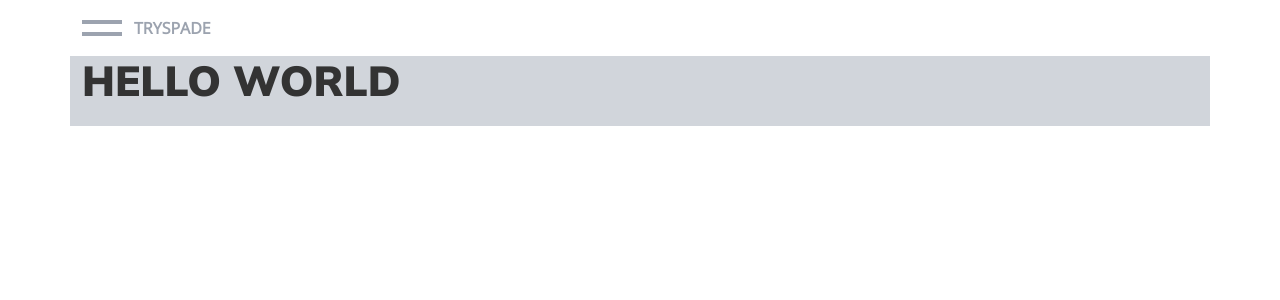
Repository: latenightsnacc/super-octo-fortnight
Page: new.html
The author's editor kept a copy of each file at every save. The page is drawn from the files as they stood at one save, then again after the next save.
The browser window is 1280 px wide. The pictures show the whole page.
Some web libraries are served in a nearby version. The style sheet was rebuilt from its Sass, Less or Tailwind sources for each picture, by a compiler version that may differ from the author's.

Above is the page before, as saved 2021-03-01 11:50:39.

After the next save:
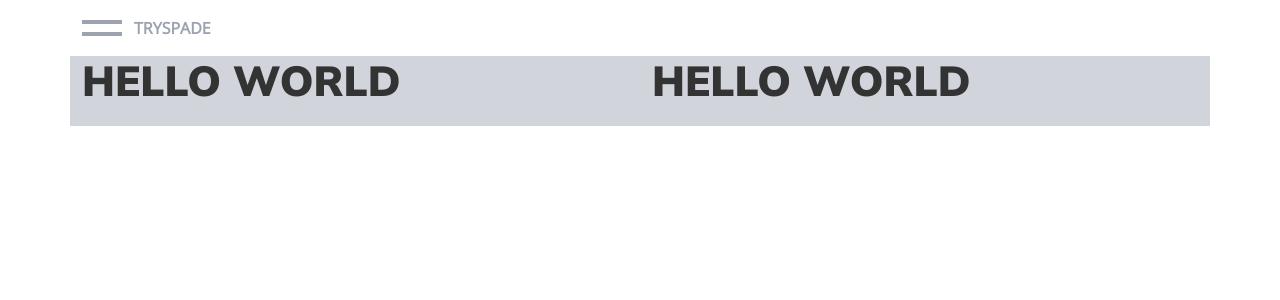
Saved 13 s later.
--- a/new.html
+++ b/new.html
@@ -38,6 +38,9 @@
                 <div class="col bg-gray-300">
                     <h1>HELLO WORLD</h1>
                 </div>
+                <div class="col bg-gray-300">
+                    <h1>HELLO WORLD</h1>
+                </div>
             </div>
         </div>
     </section>
